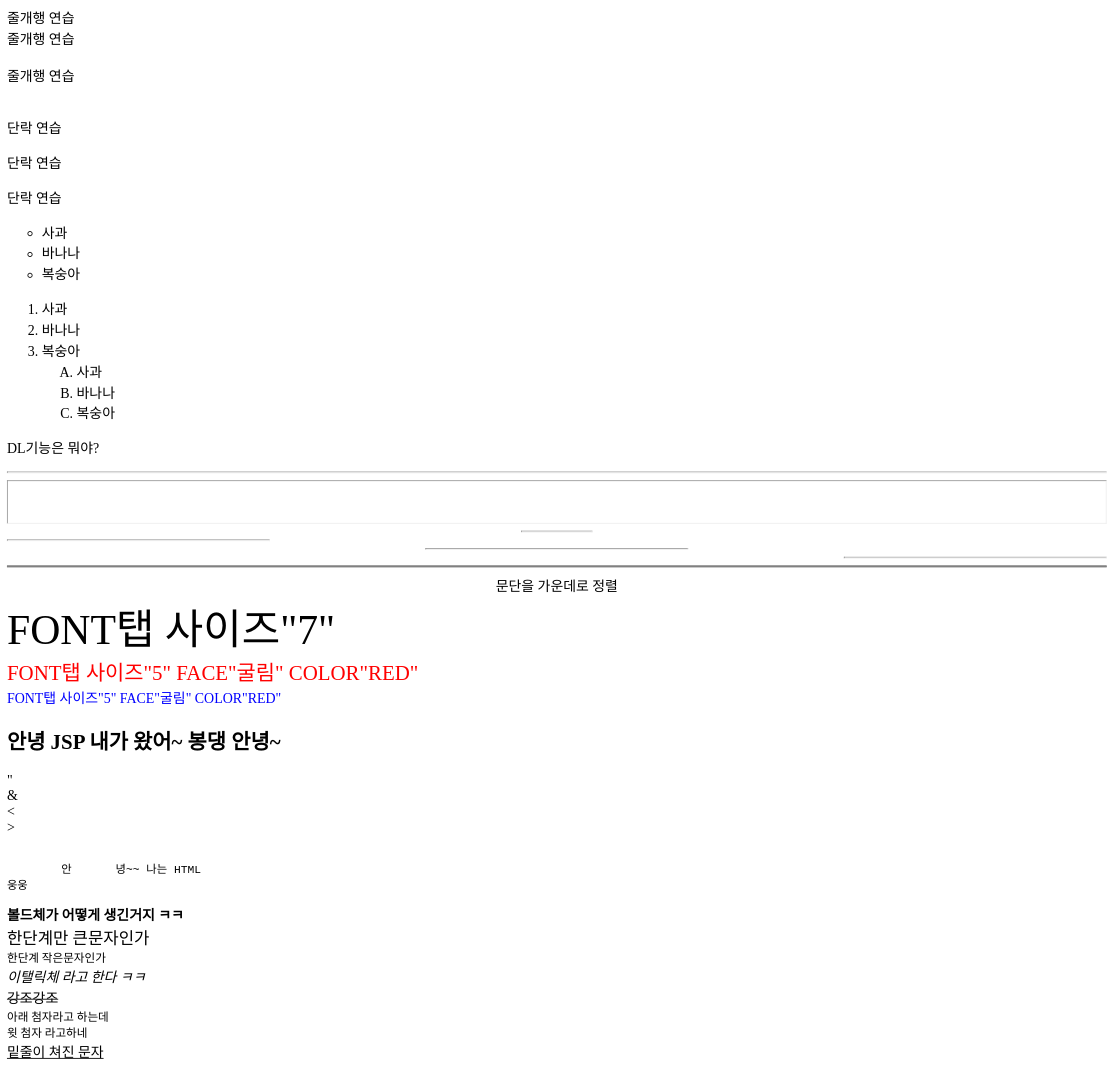
Repository: kisunssong/jsp
Page: http://localhost/test/test.jsp
The author's editor kept a copy of each file at every save. The page is drawn from the files as they stood at one save, then again after the next save.
The browser window is 1280 px wide. The pictures show the whole page, at 87% of full size.
The page is served by Tomcat 9.

Above is the page before, as saved 2020-10-28 12:08:18.

### test/WebContent/test.jsp
<%@ page language="java" contentType="text/html; charset=EUC-KR"
    pageEncoding="EUC-KR"%>
<HTML>
<HEAD><TITLE>Hello Jsp</TITLE></HEAD>
<BODY>
줄개행 연습<BR>
줄개행 연습<BR><BR>
줄개행 연습<BR><BR><BR>
단락 연습<P>
단락 연습<P>
단락 연습<P>
<UL TYPE="CIRCLE"><!-- 번호 없는 목록 작성 *사과 *바나나 이렇게 앞에 쩜이찍힘-->
<LI>사과
<LI>바나나
<LI>복숭아
</UL>
<OL><!-- 특정한 문자로 번호를 먹여서 나열 -->
<LI>사과</LI> <!-- <LI></LI>하면 앞에 숫자로 표현됨 1.사과 2.바나나 3.복숭아 -->
<LI>바나나</LI>
<LI>복숭아</LI>
	<OL TYPE="A"> <!-- A.사과 B.바나나 C.복숭아  -->
	<LI>사과</LI>
	<LI>바나나</LI>
	<LI>복숭아</LI>
	</OL>
</OL>
<DL>DL기능은 뭐야?</DL>
<HR><!-- <HR>은 기본 선 -->
<HR SIZE="50">  <!-- 두께를 조정 -->
<HR WIDTH="80"> <!-- 넓이를 조정  -->
<HR ALIGN="LEFT" WIDTH="300"> <!-- ALIGN(위치)=LEFT(좌측), 넓이=300 조정-->
<HR ALIGN="CENTER" WIDTH="300"> <!-- ALIGN(위치)=CENTER(중앙), 넓이=300 조정-->
<HR ALIGN="RIGHT" WIDTH="300"> <!-- ALIGN(위치)=RIGHT(우측), 넓이=300 조정-->
<HR NOSHADE><!-- 그림자 선-->
<CENTER>문단을 가운데로 정렬</CENTER>
<DIV ALIGN="LEFT"><!-- <DIV>(문단구역을정해서정리) ALIGN(위치)와 함께 -->
<FONT SIZE="7">FONT탭 사이즈"7"</FONT><!-- 문자 SIZE="1">..>"7"까지있음 -->
</DIV>
<FONT SIZE="5" FACE="굴림" COLOR="RED">FONT탭 사이즈"5" FACE"굴림" COLOR"RED"</FONT><BR>
<FONT SIZE="3" FACE="궁서" COLOR="BLUE">FONT탭 사이즈"5" FACE"굴림" COLOR"RED"</FONT><BR>
<H2>안녕 JSP 내가 왔어~ 봉댕 안녕~</H2> <!-- <H1>글꼴의 크기 <H6까지만있음> -->
&quot;<BR><!-- 특수문자 기호: " -->
&amp;<BR> <!-- 특수문자 기호: & -->
&lt;<BR> <!--  특수문자 기호: < -->
&gt;<BR><!--  특수문자 기호: > -->
<PRE><!-- 문자를 입력한 그대로 출력 (공백 포함해서) -->
	안	녕~~ 나는 HTML
웅웅
</PRE>
<B>볼드체가 어떻게 생긴거지 ㅋㅋ</B><BR> <!-- 문자가 굵어짐 -->
<BIG>한단계만 큰문자인가</BIG><BR> <!-- 한단계 큰문자 -->
<SMALL>한단계 작은문자인가</SMALL><BR> <!-- 한단계 작은문자 -->
<I>이탤릭체 라고 한다 ㅋㅋ</I><BR><!-- 문자가 기울어짐 -->
<STRIKE>강조강조</STRIKE><BR><!-- 문자중앙에 글이 그어짐 (삭제표시) -->
<SUB>아래 첨자라고 하는데</SUB><BR><!-- 원 글에 위에 써짐 -->
<SUP>윗 첨자 라고하네</SUP><BR><!-- 원 글에 아래에 써짐 -->
<U>밑줄이 쳐진 문자</U><BR><!-- 글자에 밑줄이 그어짐 -->

</BODY>
</HTML>

After the next save:
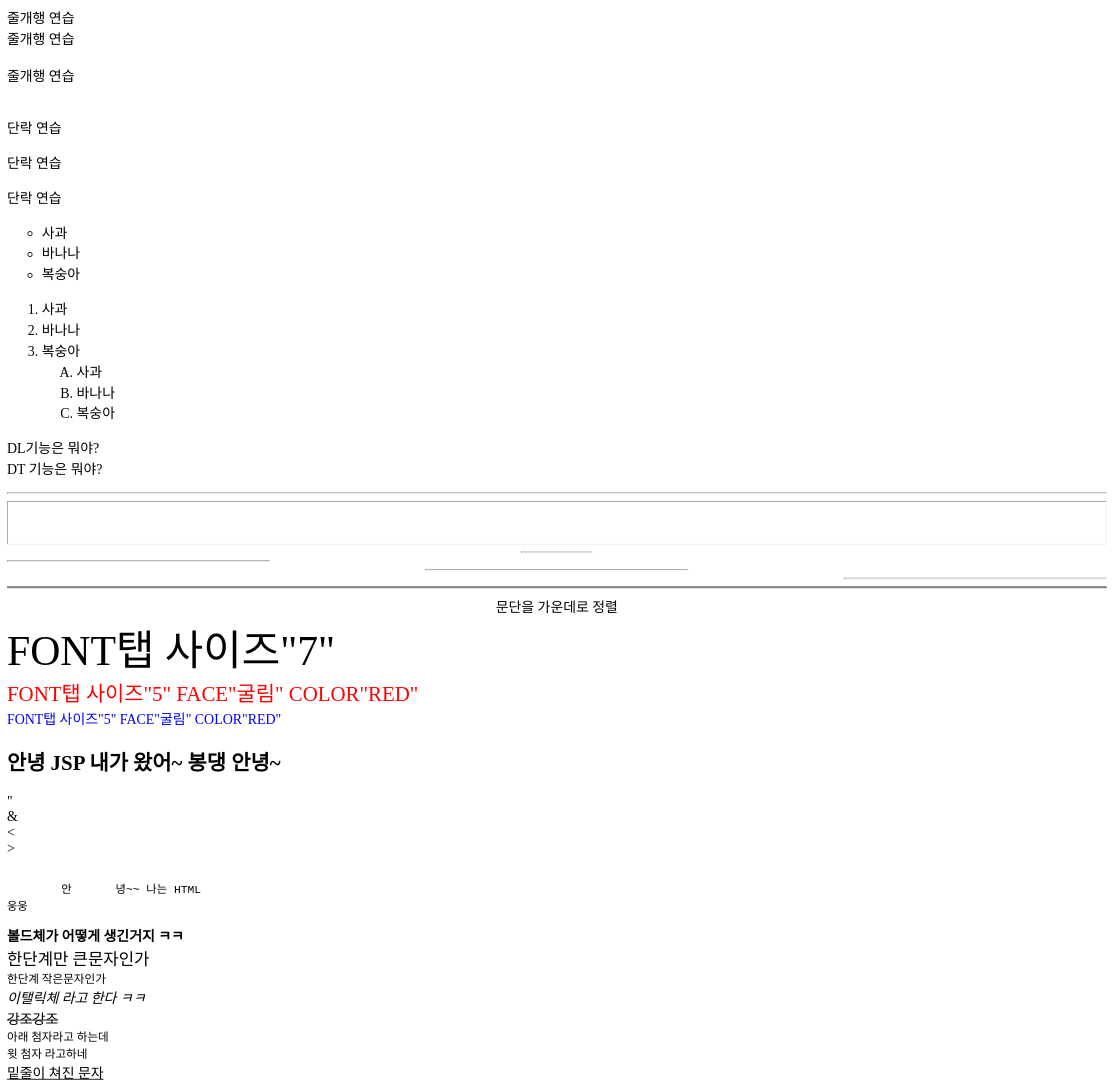
Saved 33 s later.
--- a/test/WebContent/test.jsp
+++ b/test/WebContent/test.jsp
@@ -24,7 +24,9 @@
 	<LI>복숭아</LI>
 	</OL>
 </OL>
-<DL>DL기능은 뭐야?</DL>
+<DL>DL기능은 뭐야?
+<DT> DT 기능은 뭐야?
+</DL>
 <HR><!-- <HR>은 기본 선 -->
 <HR SIZE="50">  <!-- 두께를 조정 -->
 <HR WIDTH="80"> <!-- 넓이를 조정  -->
